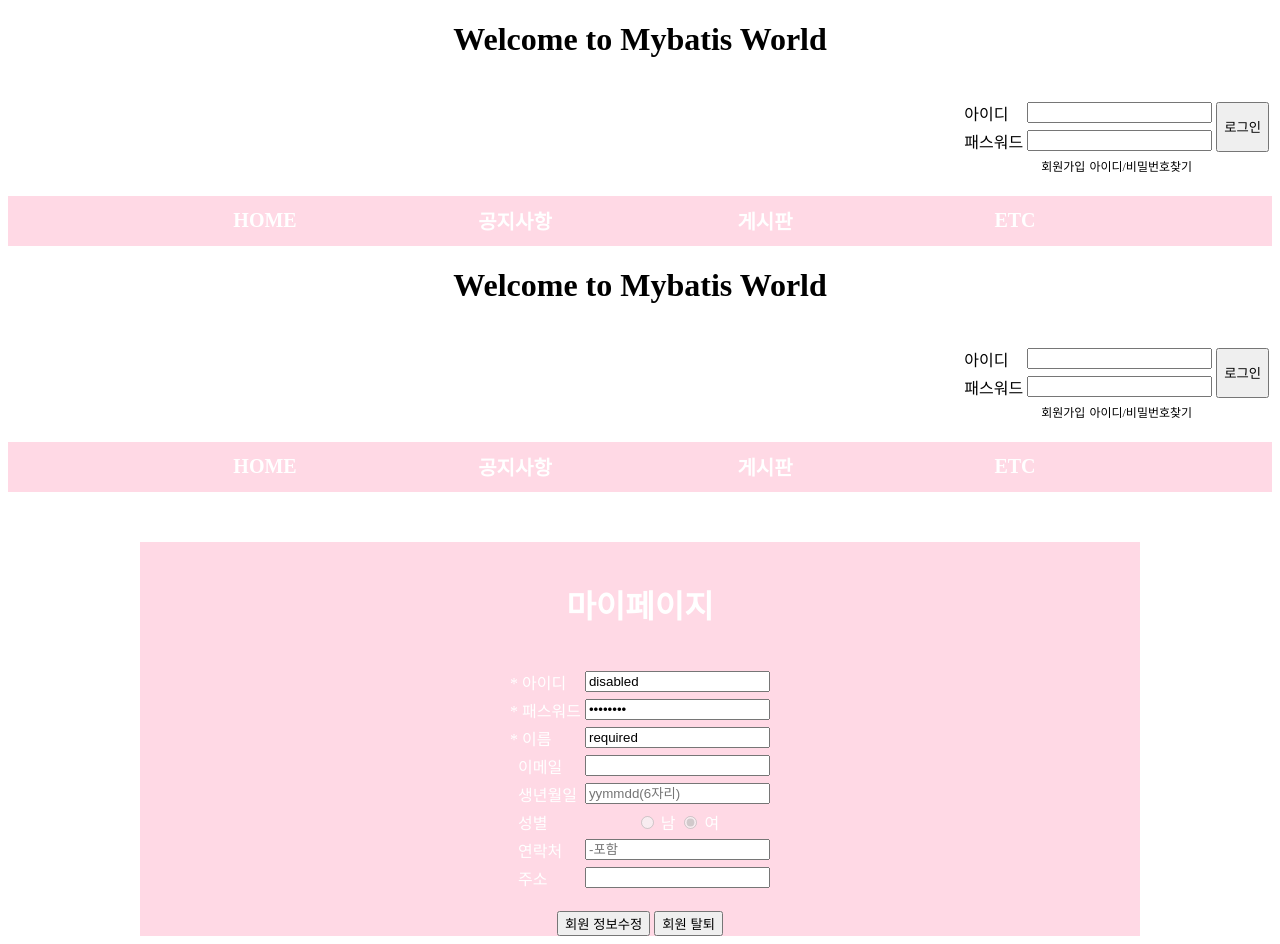
Repository: smjae96/Backup
Page: http://localhost/mybatisProject/WEB-INF/views/member/myPage.jsp
These files come from the project's save history. The page is drawn as it stood at one moment and after the next save; the edit follows.
The browser window is 1280 px wide. The pictures show the whole page.
The page is served by Tomcat 9. Nobody is signed in. Other server files are loaded and not shown. The template is opened directly, without the code that normally fills it, so the values that code supplies are empty.

Above is the page before, as saved 2024-04-03 07:33:48.

### 6_mybatis/mybatisProject/webapp/WEB-INF/views/member/myPage.jsp
<%@ page language="java" contentType="text/html; charset=UTF-8"
    pageEncoding="UTF-8"%>
<%@ taglib prefix="c" uri="http://java.sun.com/jsp/jstl/core" %>
<!DOCTYPE html>
<html>
<head>
<meta charset="UTF-8">
<title>Insert title here</title>
</head>
<body>
<%@ include file="../common/menubar.jsp" %>
<jsp:include page="../common/menubar.jsp"/>
<div class="outer">
		<br>
		<h1 align="center">마이페이지</h1>
		<br>
		<form action="update.me" method="post">
			<table align="center">
				<tr>
					<td>* 아이디</td>
					<td>
						<input type="text" name="userId" value=${loginUser.userId } disabled>
					</td>
				</tr>
				<tr>
					<td>* 패스워드</td>
					<td>
						<input type="password" name="userPwd" value=${loginUser.userPwd } required>
					</td>
				</tr>
				<tr>
					<td>* 이름</td>
					<td>
						<input type="text" name="userName" value=${loginUser.userName } required>
					</td>
				</tr>
				<tr>
					<td>&nbsp;&nbsp;이메일</td>
					<td>
						<input type="email" name="email" value=${loginUser.email }>
					</td>
				</tr>
				<tr>
					<td>&nbsp;&nbsp;생년월일</td>
					<td>
						<input type="text" name="birthday" placeholder="yymmdd(6자리)" value=${loginUser.birthday }>
					</td>
				</tr>
				<tr>
					<td>&nbsp;&nbsp;성별</td>
					<td align="center">
					<c:choose>


						<c:when test="${loginUser.gender eq 'M'}">
							<input type="radio" name="gender" value="M" checked disabled> 남
							<input type="radio" name="gender" value="F"  disabled> 여
						</c:when>
						<c:otherwise>
							<input type="radio" name="gender" value="M"  disabled> 남
							<input type="radio" name="gender" value="F" checked disabled> 여
						</c:otherwise>


					</c:choose>
					</td>
				</tr>
				<tr>
					<td>&nbsp;&nbsp;연락처</td>
					<td>
						<input type="text" name="phone" placeholder="-포함" value=${loginUSer.phone }>
					</td>
				</tr>
				<tr>
					<td>&nbsp;&nbsp;주소</td>
					<td>
						<input type="text" name="address" value=${loginUser.address }>
					</td>
				</tr>
			</table>
			<br>
			<div align="center">
				<button type="submit">회원 정보수정</button>
				<button type="button">회원 탈퇴</button>
			</div>
		</form>
	</div>
</body>
</html>

### 6_mybatis/mybatisProject/webapp/WEB-INF/views/common/menubar.jsp
<%@ page language="java" contentType="text/html; charset=UTF-8"
    pageEncoding="UTF-8"%>
<%@ taglib prefix="c" uri="http://java.sun.com/jsp/jstl/core"%>
<!DOCTYPE html>
<html>
<head>
<meta charset="UTF-8">
<title>mybatis</title>
<style>
    .login-area a {
        text-decoration: none;
        color: black;
        font-size: 12px;
    }

    .nav-area {
        background: #ffd9e5; color: white; height: 50px;
    }
    .menu {
        display: table-cell; width: 250px; height: 50px; vertical-align: middle;
        font-size: 20px; font-weight: bold;
    }
    .menu:hover {
        background: rgb(245, 245, 151);
        cursor: pointer;
    }
    /* 공통적으로 사용되는 css */
    .outer {
        width: 1000px;
        background: #ffd9e5;
        color: white;
        margin: auto;
        margin-top: 50px;
    }
</style>
</head>
<body>
	<c:if test="${alertMsg != null }">
		<script>
			alert("${alertMsg}")
		</script>
		<c:remove var="alertMsg" scope="session" />
	</c:if>
    <h1 align="center">Welcome to Mybatis World</h1>
    <br>
    <div class="login-area" align="right">
        <!-- 로그인 전 표시할 부분-->
        <!-- choose-when-otherwise 쓸 때는 그 내부에 주석이 들어가면 안됨. -->
        <c:choose>
			<c:when test="${loginUser == null}">
        <form action="login.me" method="post">
            <table>
                <tr>
                    <td>아이디</td>
                    <td><input type="text" name="userId"></td>
                    <td rowspan="2">
                        <button type="submit" style="height: 50px;">로그인</button>
                    </td>
                </tr>
                <tr>
                    <td>패스워드</td>
                    <td><input type="password" name="userPwd"></td>
                </tr>
                <tr>
                    <td colspan="3" align="center">
                        <a href="enrollForm.me">회원가입</a>
                        <a href="">아이디/비밀번호찾기</a>
                    </td>
                </tr>
            </table>
        </form>
        </c:when>
        <c:otherwise>
        <div>
            <table>
                <tr>
                    <td colspan="2">
                        <h3>${loginUser.userId }님 환영합니다^^</h3>
                    </td>
                </tr>
                <tr align="center">
                    <td><a href="mypage.me">마이페이지</a></td>
                    <td><a href="logout.me">로그아웃</a></td>
                </tr>
            </table>
        </div>
        </c:otherwise>
    </c:choose>
    </div>

    <br>
    <div class="nav-area" align="center">
        <div class="menu">HOME</div>
        <div class="menu">공지사항</div>
        <div class="menu">게시판</div>
        <div class="menu">ETC</div>
    </div>
</body>
</html>

After the next save:
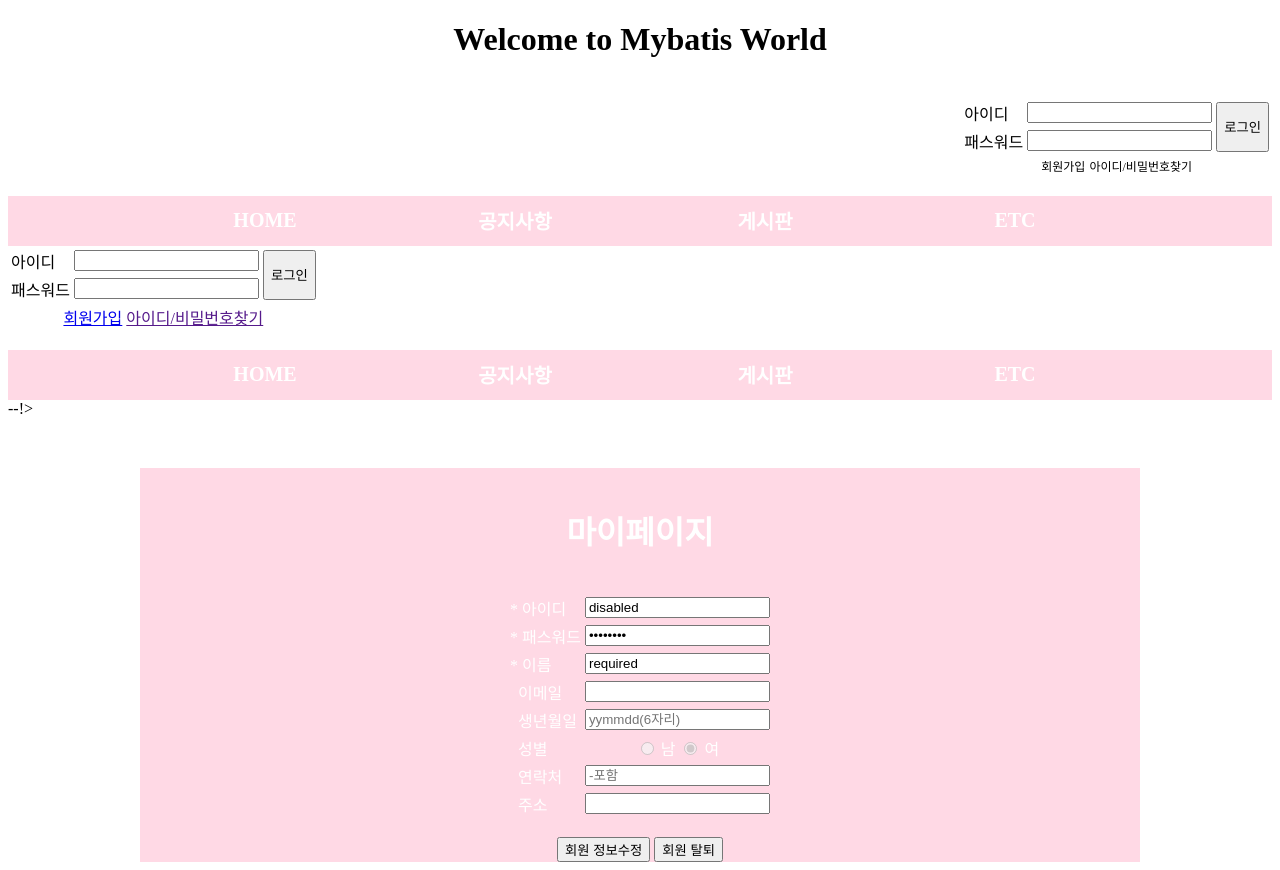
Saved 13 s later.
--- a/6_mybatis/mybatisProject/webapp/WEB-INF/views/member/myPage.jsp
+++ b/6_mybatis/mybatisProject/webapp/WEB-INF/views/member/myPage.jsp
@@ -9,7 +9,7 @@
 </head>
 <body>
 <%@ include file="../common/menubar.jsp" %>
-<jsp:include page="../common/menubar.jsp"/>
+<!--<jsp:include page="../common/menubar.jsp"/> --!>
 <div class="outer">
 		<br>
 		<h1 align="center">마이페이지</h1>
